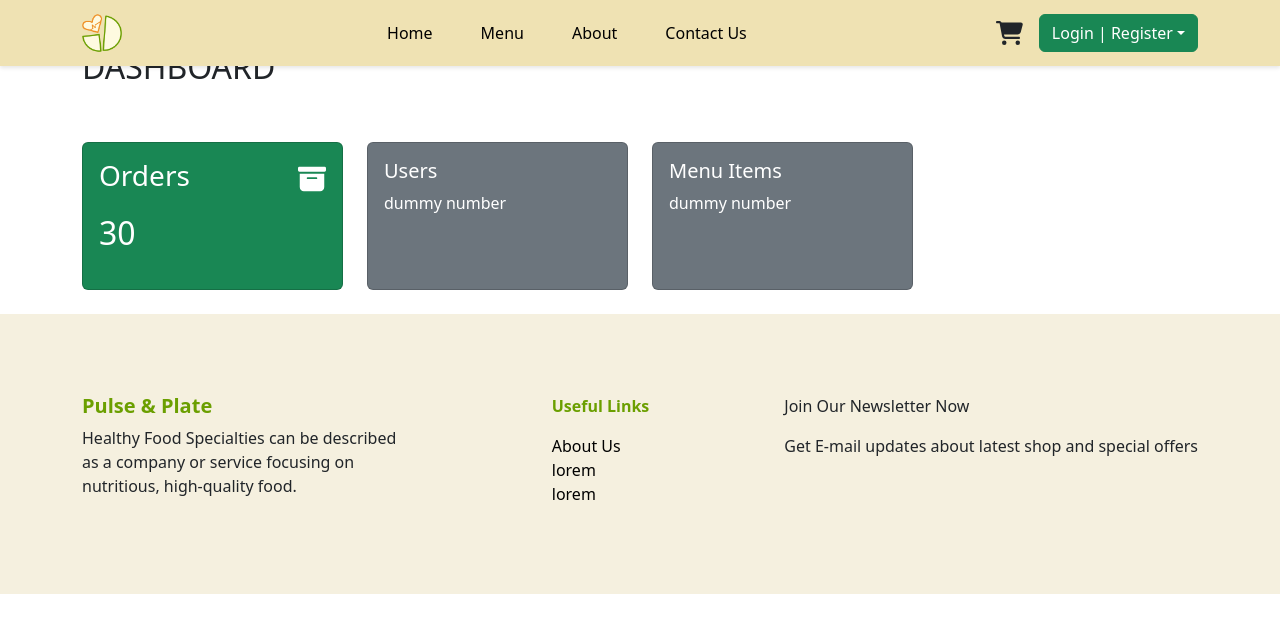
Repository: zeinawady/Pulse-and-Plate
Page: /dashboard
The author's editor kept a copy of each file at every save. The page is drawn from the files as they stood at one save, then again after a run of saves.
The browser window is 1280 px wide. The pictures show the whole page.
The project was rebuilt for these pictures with package versions that can differ from the ones it lists, and the page was loaded fresh each time. Also part of the build but not shown: src/components/Main/Main.css, src/components/Main/Main.js, src/components/Menu/MealCard.css, src/components/Menu/MealCard.js, src/components/Menu/Categories.css, src/components/Menu/Categories.js, src/components/Menu/Menu.css, src/components/Menu/Menu.js and 21 more.

Above is the page before, as saved 2025-05-15 18:56:12.

After the next 3 saves:
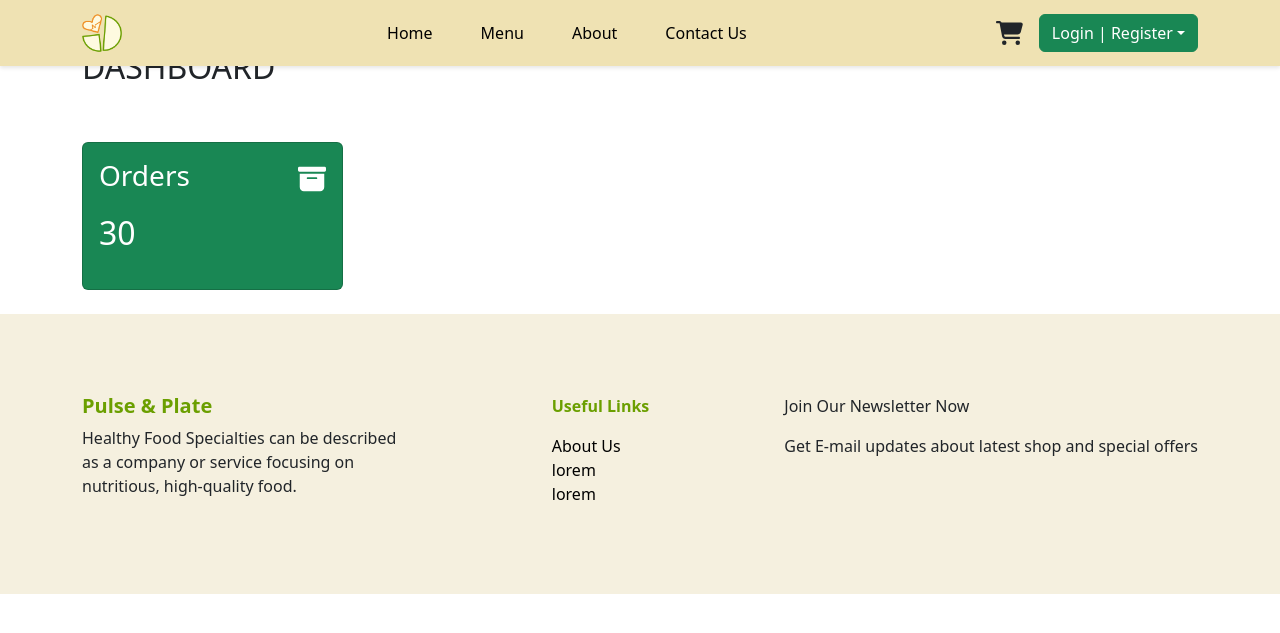
The 3 saves are shown as one change because they came seconds apart.
The last was saved 9 s later.
--- a/src/components/Dashboard/Dashboard.js
+++ b/src/components/Dashboard/Dashboard.js
@@ -25,23 +25,8 @@ export default function Dashboard() {
           </div>
         </div>
 
-        <div className="col-md-3 col-sm-6">
-          <div className="card text-white bg-secondary h-100">
-            <div className="card-body">
-              <h5 className="card-title">Users</h5>
-              <p className="card-text">dummy number</p>
-            </div>
-          </div>
-        </div>
 
-        <div className="col-md-3 col-sm-6">
-          <div className="card text-white bg-secondary h-100">
-            <div className="card-body">
-              <h5 className="card-title">Menu Items</h5>
-              <p className="card-text">dummy number</p>
-            </div>
-          </div>
-        </div>
+
       </div>
     </div>
   );
